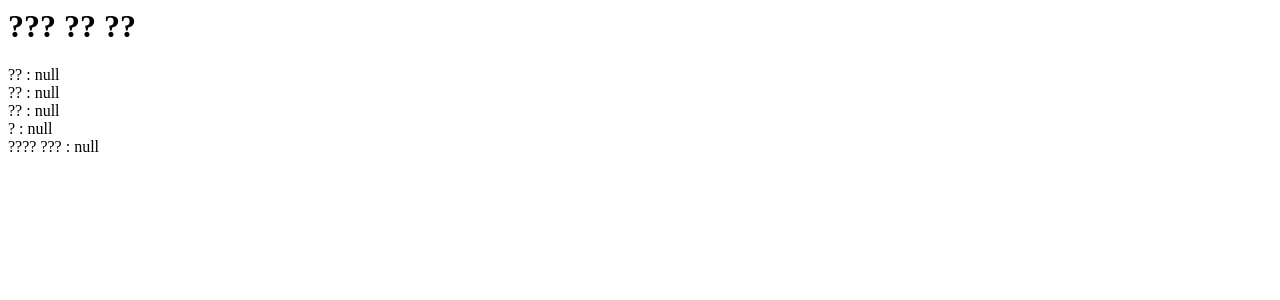
Repository: pcc767/khSchool
Page: http://localhost/01_ServletBasic/method.do
These files come from the project's save history. The page is drawn as it stood at one moment and after the next save; the edit follows.
The browser window is 1280 px wide. The pictures show the whole page.
The page is served by Tomcat 9. Other server files are loaded and not shown.

Above is the page before, as saved 2022-07-11 11:23:03.

### dev-source_Servlet/01_ServletBasic/src/main/java/com/servlet/controller/HttpMethodServlet.java
package com.servlet.controller;

import java.io.IOException;
import java.io.PrintWriter;

import javax.servlet.ServletException;
import javax.servlet.annotation.WebServlet;
import javax.servlet.http.HttpServlet;
import javax.servlet.http.HttpServletRequest;
import javax.servlet.http.HttpServletResponse;


@WebServlet("/method.do")
public class HttpMethodServlet extends HttpServlet {

	/**
	 *
	 */
	private static final long serialVersionUID = 1L;

	@Override
	protected void doGet(HttpServletRequest req, HttpServletResponse resp) throws ServletException, IOException {
		System.out.println("doGet 호출됨.");

		//사용자 파아메터 읽는 법 : reqyest에서 getParameter로 읽어올수 있다.
		String name = req.getParameter("name");
		String age = req.getParameter("age");
		String gender = req.getParameter("gender");
		String height = req.getParameter("height");
		String food = req.getParameter("food");

		System.out.println(name);
		System.out.println(age);
		System.out.println(gender);
		System.out.println(height);
		System.out.println(food);

		resp.setContentType("text.html;charset=UTF-8");
		PrintWriter out = resp.getWriter();

		out.println("<html>");
		out.println("<body>");
		out.println("<h1>사용자 정보 출력</h1>");
		out.printf("<div>이름 : %s</div>", name);
		out.printf("<div>나이 : %s</div>", age);
		out.printf("<div>성별 : %s</div>", gender);
		out.printf("<div>키 : %s</div>", height);
		out.printf("<div>좋아하는 음식류 : %s</div>", food);
		out.println();
		out.println();
		out.println("</html>");


	}

	@Override
	protected void doPost(HttpServletRequest req, HttpServletResponse resp) throws ServletException, IOException {
		System.out.println("post로 호출됨.");
		doGet(req, resp);
	}

}

After the next save:
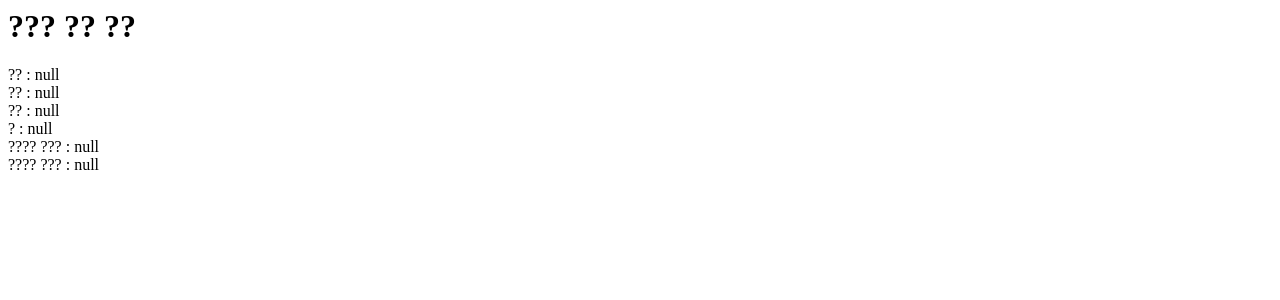
Saved 3 min 48 s later.
--- a/dev-source_Servlet/01_ServletBasic/src/main/java/com/servlet/controller/HttpMethodServlet.java
+++ b/dev-source_Servlet/01_ServletBasic/src/main/java/com/servlet/controller/HttpMethodServlet.java
@@ -2,6 +2,7 @@ package com.servlet.controller;
 
 import java.io.IOException;
 import java.io.PrintWriter;
+import java.util.Arrays;
 
 import javax.servlet.ServletException;
 import javax.servlet.annotation.WebServlet;
@@ -28,12 +29,14 @@ public class HttpMethodServlet extends HttpServlet {
 		String gender = req.getParameter("gender");
 		String height = req.getParameter("height");
 		String food = req.getParameter("food");
+		String[] foods = req.getParameterValues("food");
 
 		System.out.println(name);
 		System.out.println(age);
 		System.out.println(gender);
 		System.out.println(height);
 		System.out.println(food);
+		System.out.println(Arrays.toString(foods));
 
 		resp.setContentType("text.html;charset=UTF-8");
 		PrintWriter out = resp.getWriter();
@@ -46,6 +49,7 @@ public class HttpMethodServlet extends HttpServlet {
 		out.printf("<div>성별 : %s</div>", gender);
 		out.printf("<div>키 : %s</div>", height);
 		out.printf("<div>좋아하는 음식류 : %s</div>", food);
+		out.printf("<div>좋아하는 음식류 : %s</div>", Arrays.toString(foods));
 		out.println();
 		out.println();
 		out.println("</html>");
